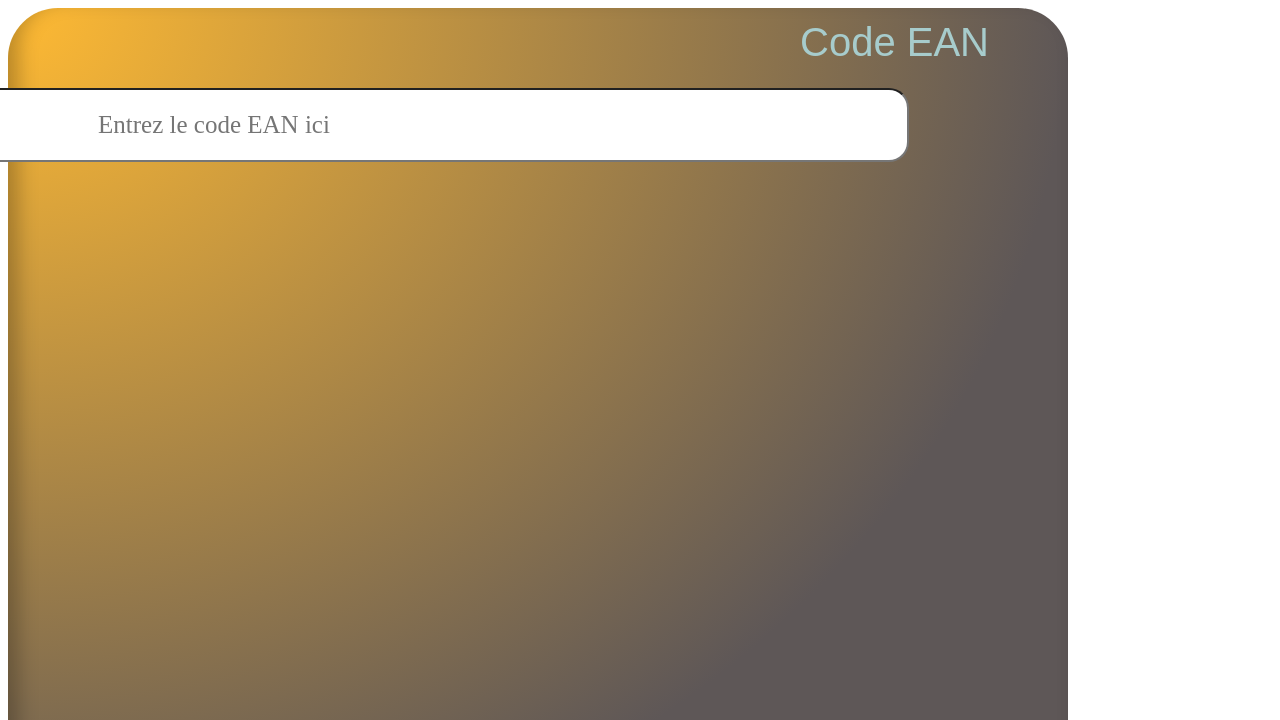
Repository: Zouz01/exo-toucan
Page: index.html
The author's editor kept a copy of each file at every save. The page is drawn from the files as they stood at one save, then again after the next save.
The browser window is 1280 px wide. The pictures show the whole page.

Above is the page before, as saved 2023-09-21 11:29:52.

### index.html
<!DOCTYPE html>
<html lang="fr">
<head>
    <meta charset="UTF-8">
    <meta name="viewport" content="width=device-width, initial-scale=1">
    <title>TOUCAN API</title>
    <link rel="stylesheet" type="text/css" href="main.css">
</head>
<body>
    <div class="container">
        <!-- Formulaire de recherche -->
        <form id="product-form" action="https://fr.openfoodfacts.org/api/v0/product/<<code_EAN_13>>" method="POST">
            <label for="code_ean">Code EAN </label>
            <input type="text" id="code_ean" name="code_ean" placeholder="Entrez le code EAN ici"><!-- Champ de saisie du code EAN -->
            <button type="submit" id="submit">Rechercher</button> <!-- Bouton de soumission du formulaire -->
        </form>

        <!-- Conteneur pour l'affichage de l'image et des informations -->
        <div><img id="img"></div>
        <div id="product-info"></div>
    </div>

    <!-- Inclusion du script JavaScript -->
    <script src="main.js"></script>
</body>
</html>

### main.css
body {
    font-family: Arial, sans-serif;

}

.container {
    width: 428px;
    height: 926px;
   position: fixed;
    text-align: center;

    background: radial-gradient(100% 100% at 0% 0%, #FFBA33 0%, #5e5757 100%);
   /* background: radial-gradient(100% 100% at 0% 0%, #A6A6A6 0.46%, #000000 78.06%);
    background: linear-gradient(167.94deg, #7AA77E 0%, #476F72 100%);*/

    opacity: 1.8;
    box-shadow: inset 10px -10px 20px rgba(0, 0, 0, 0.25);
    border-radius: 50px;
}

/* position ecriture label*/
label {

    top: 20px;
    font-size: 40px;
    color: rgb(167, 204, 204);
   left: 120px;
    position :fixed;



}
/*position img*/
#img {
    position: relative;
   border-radius: 20px;
   width: 20%;
   top: 600px;
}

/*position retour d'information produit*/
 #product-info {
    position: absolute;
    padding: 20px;
    color:rgb(171, 221, 205);
    top: 100px;

 }
h2 {
    font-size: xx-large;
    color: #7af3b1;
}
p{
    font-size: larger ;
}

/* Champ de saisie pour entrer le code EAN */
#code_ean {
    position: absolute;
   border-radius: 20px;
    width: 382px;
    height: 38px;
   right:24px ;
    top: 80px;
    font-family: 'Montserrat';
font-style: normal;
font-weight: 500;
font-size: 25px;
line-height: 30px;
text-align: center;

color: #0f0d0d;



}

/* Bouton de recherche */
button[type="submit"] {
    position: absolute;
    width: 144px;
    height: 63px;
  background-color: #67d699;
    bottom: 50px;
    border-radius: 20px;
    right: 145px;



}




/* styles pour les écrans plus grands */
@media (min-width: 900px) {
     .container {
        width: 1060px;
        height: 900px;
     }
        button[type="submit"] {
            position: absolute;
    width: 184px;
    height: 83px;
  background-color: #67d699;
    bottom: 50px;
    border-radius: 20px;
    right: 870px;
        }
        #code_ean {
            position: absolute;
           border-radius: 20px;
            width: 1382px;
            height: 68px;
           right:15% ;
            top: 80px;
            font-family: 'Montserrat';
        font-style: normal;
        font-weight: 500;
        font-size: 25px;
        line-height: 30px;
        text-align: center;
        color: #0f0d0d;

 }
 label {

    top: 20px;
    font-size: 40px;
    color: rgb(167, 204, 204);
   left: 800px;
    position :fixed;

}
#product-info {
    position: absolute;
    padding: 50px;
    color:rgb(171, 221, 205);
    top: 200px;
    left: 30%;

 }
 #img {
    position: relative;
   border-radius: 20px;
   max-width: 20%;
   max-height: 10%;
   top: 230px;
   right: 30%;
}
h2 {
    font-size: 50px;
    color: aqua;
}
p{
    font-size: 30px ;
}
}

### main.js
const form = document.querySelector("#product-form"); //Interagit avec  HTML avec l'id "product-form"
const code_ean = document.querySelector("#code_ean"); //Interagit avec  HTML  avec l'id "code_ean"
const productInfo = document.querySelector("#product-info"); //Interagit avec  HTML avec l'id "les informations produits"
const img = document.querySelector("#img");  //Interagit avec  HTML avec l'id "les images"
const submit = document.querySelector("#submit");  //Interagit avec  HTML avec l'id "Boutton envoi"


submit.addEventListener("click", (e) => { // Ecouteur d'événement sur le bouton d'envoi qui écoute un événement de clic
    e.preventDefault();

    // validation du code
    if (code_ean.value.length !== 13) {
        alert("Le code EAN doit contenir 13 chiffres.");// Le script vérifie si la valeur du champ de saisie du code EAN comporte 13 caractères
        return;                                         // Sinon, il affiche une alerte indiquant que le code EAN doit contenir 13 chiffres.
    }else

// Si code correct alors ...
    // Récupére les informations du produit depuis l'API
    fetch("https://fr.openfoodfacts.org/api/v0/product/" + code_ean.value) //Méthode pour envoyer une requête GET à l'API
        .then((reponse) => reponse.json())   //  Convertit  la réponse de l'API en JSON
        .then((data) => {                    //  Pour accéder aux données.
            let product = data.product;
            img.src = product.image_url;


             //Affiche les informations sur le produit, ( avec innerHTML on definila source de l'éléments)
             productInfo.innerHTML =`
             <h2><b>Nom</b> : ${product.abbreviated_product_name}</h2>
             <p><b>Marque</b> : ${product.brands}</p>
             <p><b>Catégorie</b> : ${product.categories}</p>
             <p><b>Ingrédients</b> : ${product.ingredients_text}</p>`
             console.log (data)
        }); // ${} veut dire interpreter

});

   /*fecht veut dire aller chercher*/

After the next save:
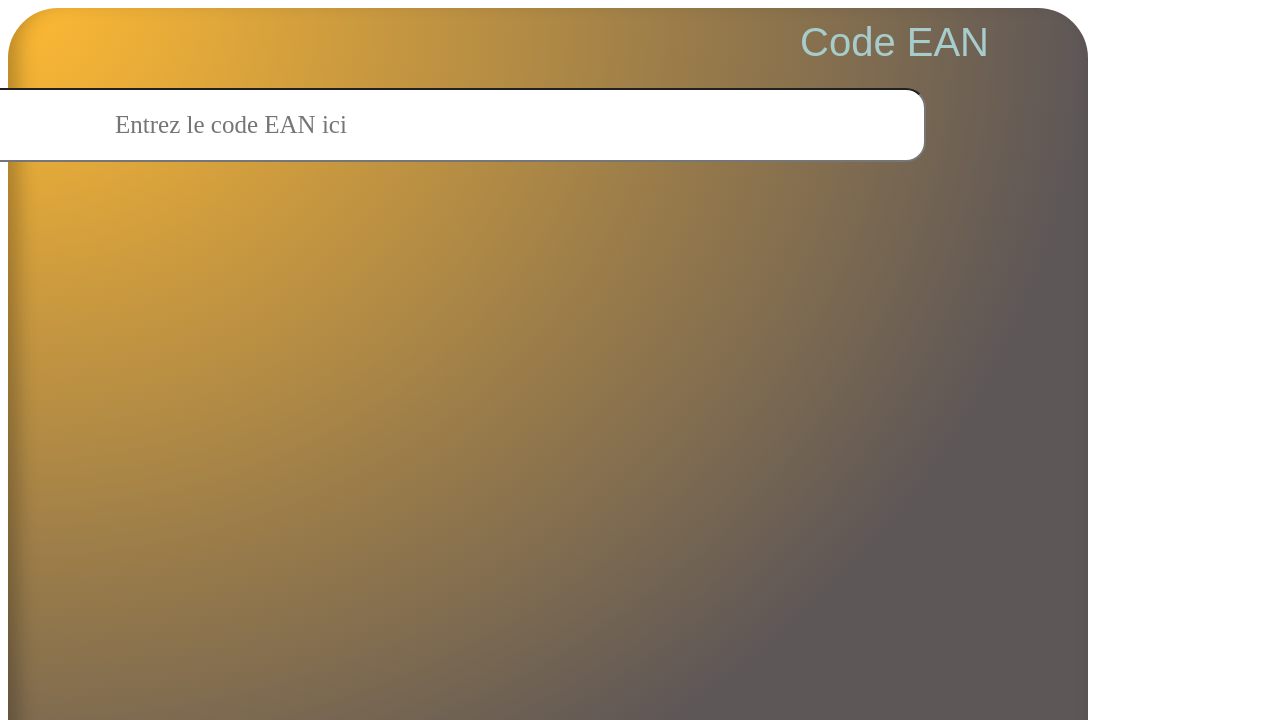
Saved 15 s later.
--- a/main.css
+++ b/main.css
@@ -95,7 +95,7 @@ button[type="submit"] {
 /* styles pour les écrans plus grands */
 @media (min-width: 900px) {
      .container {
-        width: 1060px;
+        width: 1080px;
         height: 900px;
      }
         button[type="submit"] {
